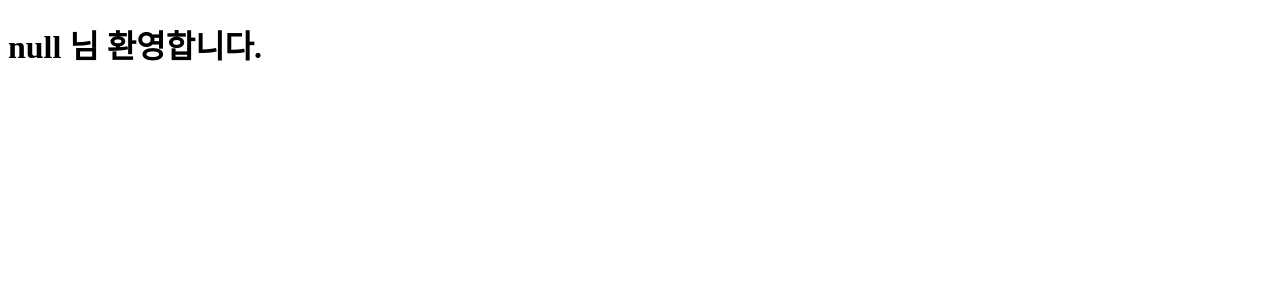
Repository: zoselakt/My_practice_JSP
Page: http://localhost/day08/login_success.jsp
The author's editor kept a copy of each file at every save. The page is drawn from the files as they stood at one save, then again after the next save.
The browser window is 1280 px wide. The pictures show the whole page.
The page is served by Tomcat 9.

Above is the page before, as saved 2022-03-03 12:56:34.

After the next save:
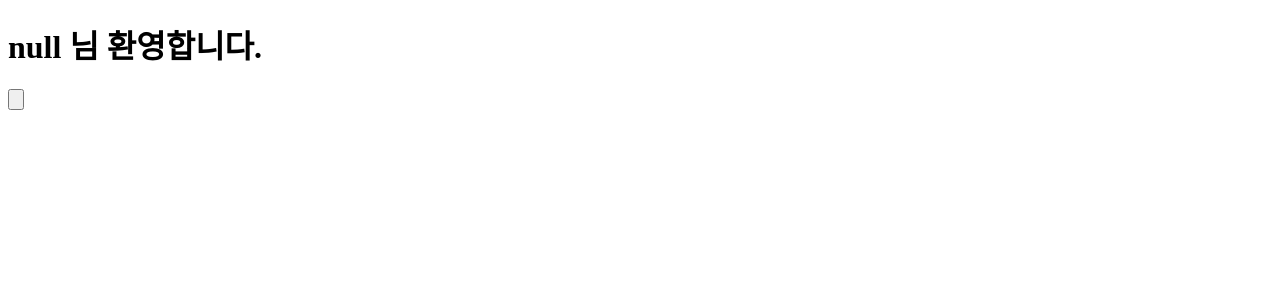
Saved 32 s later.
--- a/day08/WebContent/login_success.jsp
+++ b/day08/WebContent/login_success.jsp
@@ -10,6 +10,6 @@
 	<h1>
 		<%=session.getAttribute("id") %> 님 환영합니다.
 	</h1>
-	<form action="logout.jsp"></form>
+	<input type="button" onclick="gologout()">
 </body>
 </html>
